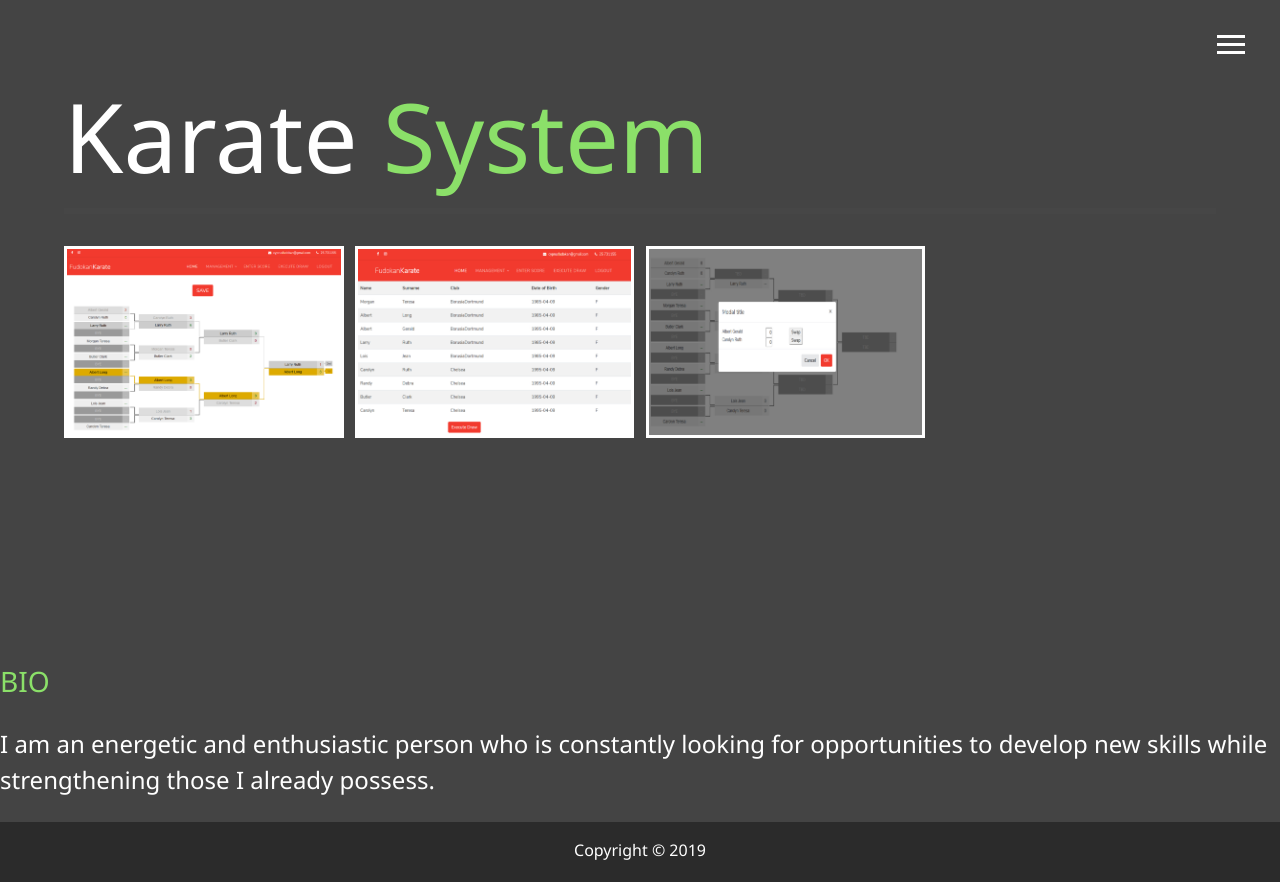
Repository: Preap/portfolio
Page: dist/projects/karate.html
An editor plug-in stored every save of this project. The page is shown before and after the next save, followed by the edit.
The browser window is 1280 px wide. The pictures show the whole page.
Some web libraries are served in a nearby version.

Above is the page before, as saved 2019-06-05 21:38:39.

### dist/projects/karate.html
<!DOCTYPE html>
<html lang="en">
  <head>
    <meta charset="UTF-8" />
    <meta name="viewport" content="width=device-width, initial-scale=1.0" />
    <meta http-equiv="X-UA-Compatible" content="ie=edge" />
    <link
      rel="stylesheet"
      href="https://use.fontawesome.com/releases/v5.6.1/css/all.css"
      integrity="sha384-gfdkjb5BdAXd+lj+gudLWI+BXq4IuLW5IT+brZEZsLFm++aCMlF1V92rMkPaX4PP"
      crossorigin="anonymous"
    />
    <link rel="stylesheet" href="../css/main.css" />
    <title>My Karate Project</title>
  </head>
  <body>
    <header>
      <div class="menu-btn">
        <div class="btn-line"></div>
        <div class="btn-line"></div>
        <div class="btn-line"></div>
      </div>

      <nav class="menu">
        <div class="menu-branding"><div class="portrait"></div></div>

        <ul class="menu-nav">
          <li class="nav-item">
            <a href="../index.html" class="nav-link"> Home </a>
          </li>
          <li class="nav-item">
            <a href="../about.html" class="nav-link"> My Experience </a>
          </li>
          <li class="nav-item">
            <a href="../work.html" class="nav-link current"> My Projects </a>
          </li>
          <li class="nav-item">
            <a href="../contact.html" class="nav-link"> Contact Me </a>
          </li>
        </ul>
      </nav>
    </header>

    <main id="work">
      <h1 class="lg-heading">
        Karate <span class="text-secondary">System</span>
      </h1>
      <h2 class="sm-heading"></h2>
      <div class="projects">
        <div class="item">
          <a href="#!">
            <img src="../img/projects/karate/image1.png" alt="karate_image" />
          </a>
        </div>
        <div class="item">
          <a href="#!">
            <img src="../img/projects/karate/image2.jpg" alt="karate_image" />
          </a>
        </div>
        <div class="item">
          <a href="#!">
            <img src="../img/projects/karate/image3.jpg" alt="karate_image" />
      </div>
    </main>

    <div class="bio">
        <h3 class="text-secondary">BIO</h3>
        <p>
          I am an energetic and enthusiastic person who is constantly looking
          for opportunities to develop new skills while strengthening those I
          already possess.
        </p>
      </div>

    <footer id="main-footer">
      Copyright &copy; 2019
    </footer>

    <script src="../js/main.js"></script>
  </body>
</html>

### dist/css/main.css
.menu-btn {
  position: absolute;
  top: 35px;
  right: 35px;
  z-index: 3;
  cursor: pointer;
  transition: all 0.5s ease-out;
}
.menu-btn .btn-line {
  width: 28px;
  height: 3px;
  margin: 0 0 5px 0;
  background: #fff;
  transition: all 0.5s ease-out;
}
.menu-btn.close {
  transform: rotate(180deg);
}
.menu-btn.close .btn-line:nth-child(1) {
  transform: rotate(45deg) translate(5px, 5px);
}
.menu-btn.close .btn-line:nth-child(2) {
  opacity: 0;
}
.menu-btn.close .btn-line:nth-child(3) {
  transform: rotate(-45deg) translate(6px, -6px);
}

.menu {
  position: fixed;
  top: 0;
  width: 100%;
  opacity: 0.98;
  visibility: hidden;
}
.menu.show {
  visibility: visible;
}
.menu-branding,
.menu-nav {
  display: flex;
  flex-flow: column wrap;
  align-items: center;
  justify-content: center;
  float: left;
  width: 50%;
  height: 100vh;
  overflow: hidden;
}
.menu-nav {
  margin: 0;
  padding: 0;
  background: #373737;
  list-style: none;
  transform: translate3d(100%, -100%, 0);
  transition: all 0.5s ease-out;
}
.menu-nav.show {
  transform: translate3d(0, 0, 0);
}
.menu-branding {
  background: #444;
  transform: translate3d(-100%, 100%, 0);
  transition: all 0.5s ease-out;
}
.menu-branding.show {
  transform: translate3d(0, 0, 0);
}
.menu-branding .portrait {
  width: 250px;
  height: 250px;
  background: url(../img/port2BW.jpg);
  border-radius: 50%;
  border: solid 3px #8be069;
  opacity: 1;
}
.menu .nav-item {
  transform: translate3d(600px, 0, 0);
  transition: all 0.5s ease-out;
}
.menu .nav-item.show {
  transform: translate3d(0, 0, 0);
}
.menu .nav-link {
  display: inline-block;
  position: relative;
  font-size: 50px;
  text-transform: uppercase;
  padding: 1rem 0;
  font-weight: 300;
  color: #fff;
  text-decoration: none;
  transition: all 0.5s ease-out;
}
.menu .nav-link:hover {
  color: #8be069;
  transition: all 0.5s ease-out;
}
.menu .nav-link.current {
  color: #8be069;
}

.nav-item:nth-child(1) {
  transition-delay: 0.15s;
}

.nav-item:nth-child(2) {
  transition-delay: 0.3s;
}

.nav-item:nth-child(3) {
  transition-delay: 0.45s;
}

.nav-item:nth-child(4) {
  transition-delay: 0.6s;
}

* {
  box-sizing: border-box;
}

body {
  background: #444;
  color: #fff;
  height: 100%;
  margin: 0;
  font-family: "Segoe UI", Tahoma, Geneva, Verdana, sans-serif;
  line-height: 1.5;
}
body#bg-img {
  background: url(../img/keyboard.jpg);
  background-attachment: fixed;
  background-size: cover;
}
body#bg-img::after {
  content: "";
  position: absolute;
  top: 0;
  right: 0;
  width: 100%;
  height: 100%;
  z-index: -1;
  background: rgba(68, 68, 68, 0.9);
}

h1,
h2,
h3 {
  margin: 0;
  font-weight: 400;
}
h1.lg-heading,
h2.lg-heading,
h3.lg-heading {
  font-size: 6rem;
}
h1.sm-heading,
h2.sm-heading,
h3.sm-heading {
  margin-bottom: 2rem;
  padding: 0.2rem 1rem;
  background: rgba(73, 73, 73, 0.5);
}

a {
  color: #fff;
  text-decoration-line: none;
}

header {
  position: fixed;
  z-index: 2;
  width: 100%;
}

.text-secondary {
  color: #8be069;
}

main {
  padding: 4rem;
  min-height: calc(100vh - 60px);
}
main .icons {
  margin-top: 1rem;
}
main .icons a {
  padding: 0.4rem;
}
main .icons a:hover {
  color: #8be069;
  transition: all 0.5s ease-out;
}
main#home {
  overflow: hidden;
}
main#home h1 {
  margin-top: 20vh;
}

.about-info {
  display: grid;
  grid-gap: 30px;
  grid-template-areas:
    "bioimage bio bio"
    "job1 job2 job3";
  grid-template-columns: repeat(3, 1fr);
}
.about-info .bio-image {
  grid-area: bioimage;
  margin: auto;
  border-radius: 50%;
  border: #8be069 3px solid;
}
.about-info .bio {
  grid-area: bio;
  font-size: 1.5rem;
}
.about-info .job-1 {
  grid-area: job1;
}
.about-info .job-2 {
  grid-area: job2;
}
.about-info .job-3 {
  grid-area: job3;
}
.about-info .job {
  background: #585858;
  padding: 0.5rem;
  border-bottom: #8be069 5px solid;
}

.projects {
  display: grid;
  grid-gap: 0.7rem;
  grid-template-columns: repeat(3, 1fr);
}
.projects img {
  width: 100%;
  border: 3px #fff solid;
}
.projects img:hover {
  opacity: 0.5;
  border-color: #8be069;
  transition: all 0.5s ease-out;
}

.boxes {
  display: flex;
  flex-wrap: wrap;
  justify-content: space-evenly;
  align-items: center;
  margin-top: 1rem;
}
.boxes div {
  font-size: 2rem;
  border: 3px #fff solid;
  padding: 1.5rem 2.5rem;
  margin-bottom: 3rem;
  transition: all 0.5s ease-out;
}
.boxes div:hover {
  padding: 0.5rem 1.5rem;
  background: #8be069;
  color: #000;
}
.boxes div:hover span {
  color: #000;
}

.btn,
.btn-dark,
.btn-light {
  display: block;
  padding: 0.5rem 1rem;
  border: 0;
  margin-bottom: 0.3rem;
}
.btn:hover,
.btn-dark:hover,
.btn-light:hover {
  background: #8be069;
  color: #000;
  transition: all 0.5s ease-out;
}

.btn-dark {
  background: black;
  color: #fff;
}

.btn-light {
  background: #c4c4c4;
  color: #000;
}

#main-footer {
  text-align: center;
  padding: 1rem;
  background: #2b2b2b;
  color: #fff;
  height: 60px;
}

.bio {
  grid-area: bio;
  font-size: 1.5rem;
}

@media screen and (min-width: 1171px) {
  .projects {
    grid-template-columns: repeat(4, 1fr);
  }
}

@media screen and (min-width: 769) and (max-width: 1170px) {
  .projects {
    grid-template-columns: repeat(3, 1fr);
  }
}

@media screen and (max-width: 768px) {
  main {
    align-items: center;
    text-align: center;
  }
  main .lg-heading {
    line-height: 1;
    margin-bottom: 1rem;
  }
  ul.menu-nav,
  div.menu-branding {
    float: none;
    width: 100%;
    min-height: 0;
  }
  ul.menu-nav.show,
  div.menu-branding.show {
    transform: translate3d(0, 0, 0);
  }
  .menu-nav {
    height: 75vh;
    transform: translate3d(-100%, 0, 0);
    font-size: 24px;
  }
  .menu-branding {
    height: 25vh;
    transform: translate3d(100%, 0, 0);
  }
  .menu-branding .portrait {
    background: url(../img/portSmallBW.jpg);
    width: 150px;
    height: 150px;
  }
  .about-info {
    grid-template-areas:
      "bioimage"
      "bio"
      "job1"
      "job2"
      "job3";
    grid-template-columns: 1fr;
  }
  .projects {
    grid-template-columns: repeat(2, 1fr);
  }
}

@media screen and (max-width: 500px) {
  main#home h1 {
    margin-top: 10vh;
  }
  .projects {
    grid-template-columns: 1fr;
  }
}

### dist/js/main.js
// Select DOM Items
const menuBtn = document.querySelector(".menu-btn");
const menu = document.querySelector(".menu");
const menuNav = document.querySelector(".menu-nav");
const menuBranding = document.querySelector(".menu-branding");
const navItems = document.querySelectorAll(".nav-item");

//Set initial state of menu

let showMenu = false;

menuBtn.addEventListener("click", toggleMenu);

function toggleMenu() {
  if (!showMenu) {
    menuBtn.classList.add("close");
    menu.classList.add("show");
    menuNav.classList.add("show");
    menuBranding.classList.add("show");
    navItems.forEach(item => item.classList.add("show"));

    //set menu state
    showMenu = true;
  } else {
    menuBtn.classList.remove("close");
    menu.classList.remove("show");
    menuNav.classList.remove("show");
    menuBranding.classList.remove("show");
    navItems.forEach(item => item.classList.remove("show"));

    //set menu state
    showMenu = false;
  }
}

After the next save:
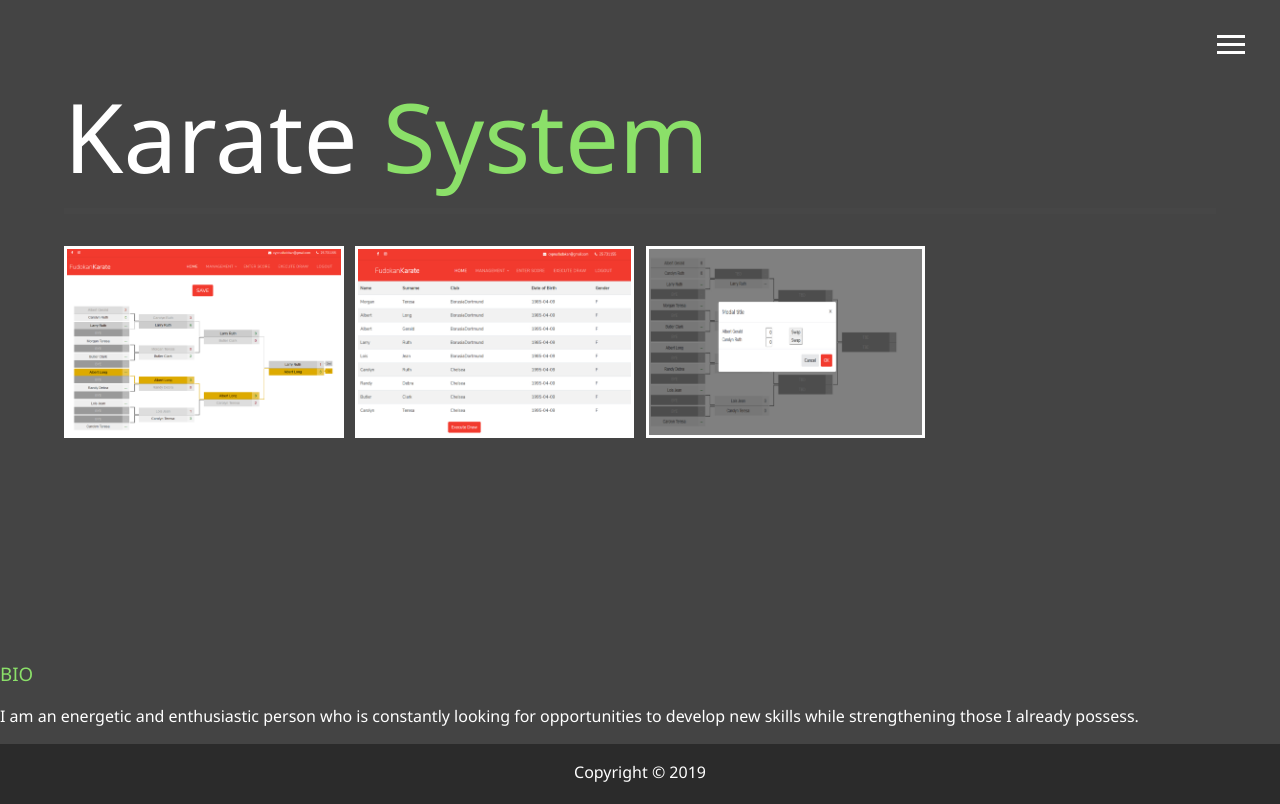
Saved 6 min 29 s later.
--- a/dist/projects/karate.html
+++ b/dist/projects/karate.html
@@ -63,7 +63,7 @@
       </div>
     </main>
 
-    <div class="bio">
+    <div class="karate">
         <h3 class="text-secondary">BIO</h3>
         <p>
           I am an energetic and enthusiastic person who is constantly looking
